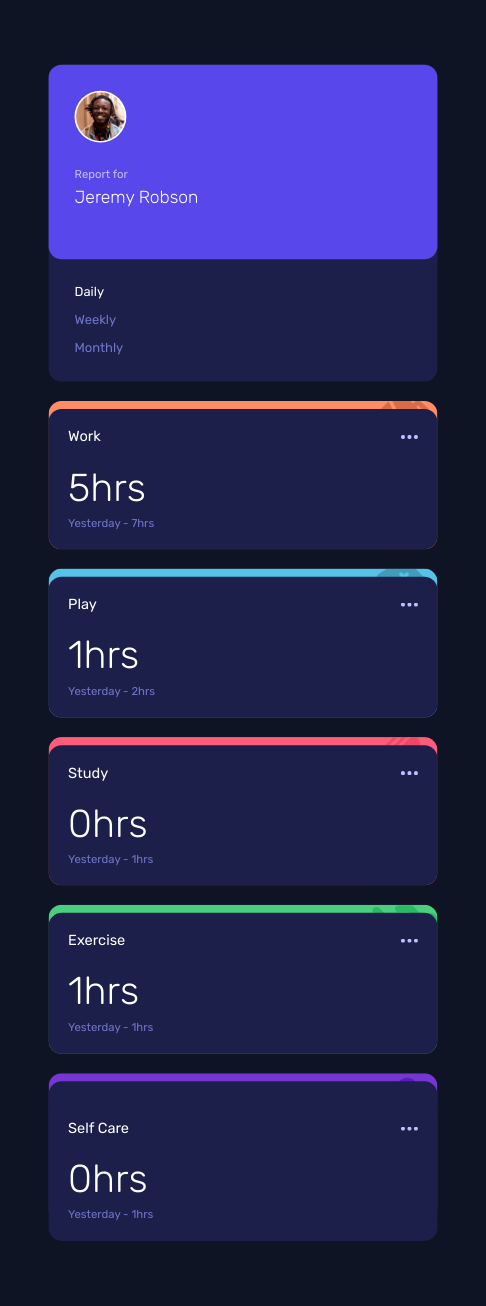
Repository: Jay-JYKim91/FM_time-tracking-dashboard
Page: index.html
These files come from the project's save history. The page is drawn as it stood at one moment and after the next save; the edit follows.
The browser window is 600 px wide. The pictures show the whole page, at 81% of full size.

Above is the page before, as saved 2021-12-19 22:53:37.

After the next save:
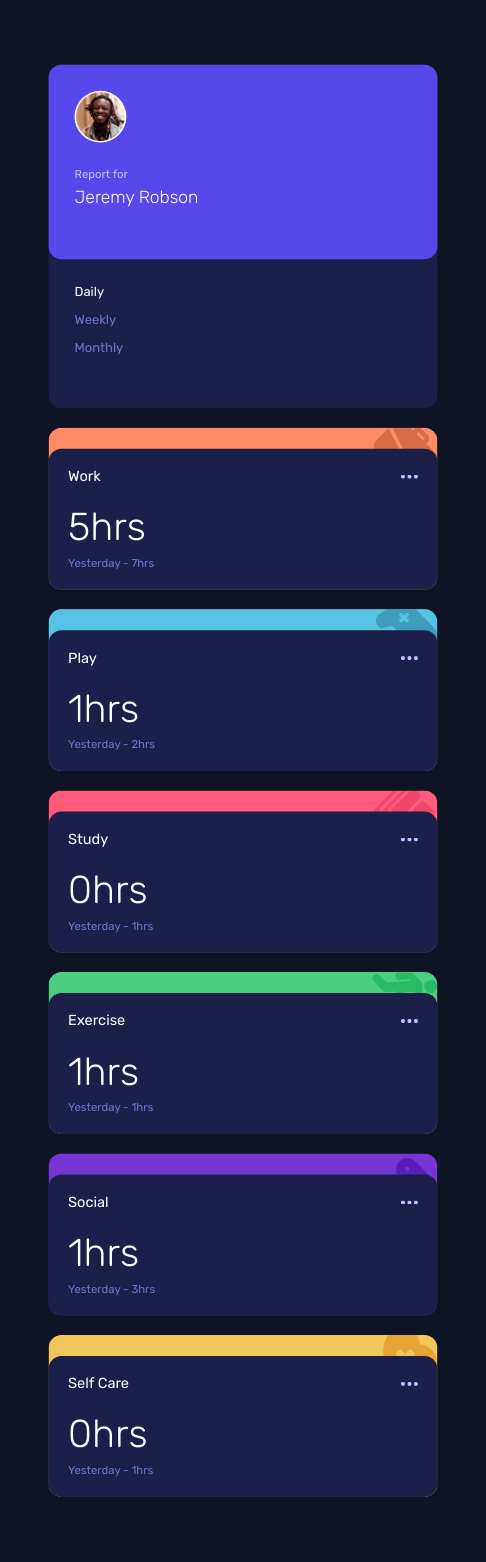
Saved 39 s later.
--- a/style.css
+++ b/style.css
@@ -197,4 +197,7 @@ p {
     display: flex;
     justify-content: space-between;
   } */
-}
+  .feature-card {
+    height: 200px;
+  }
+}
